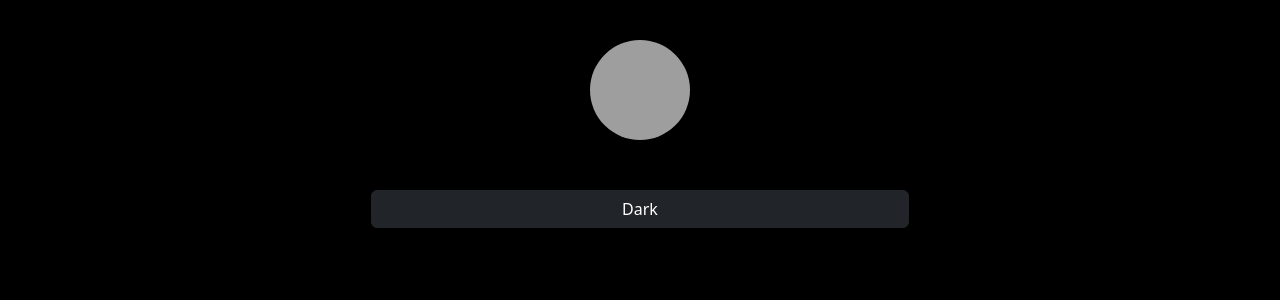
Repository: noahcallen/LAB-link-in-bio
Page: index.html
An editor plug-in stored every save of this project. The page is shown before and after the next save, followed by the edit.
The browser window is 1280 px wide. The pictures show the whole page.
Pictures or frames that could not be fetched are drawn as grey boxes.

Above is the page before, as saved 2024-07-13 13:02:06.

### index.html
<!DOCTYPE html>
<html lang="en">
<head>
  <meta charset="UTF-8">
  <meta name="viewport" content="width=device-width, initial-scale=1.0">
  <title>Link In Bio</title>
  <link href="https://cdn.jsdelivr.net/npm/bootstrap@5.3.3/dist/css/bootstrap.min.css" rel="stylesheet" integrity="sha384-QWTKZyjpPEjISv5WaRU9OFeRpok6YctnYmDr5pNlyT2bRjXh0JMhjY6hW+ALEwIH" crossorigin="anonymous">
  <link rel="stylesheet" href="main.css">
</head>
<body>
  <div class="container">
      <img src="https://avatars.githubusercontent.com/u/136144179?v=4" class="card-img-top" >
    <div class="row">
      <div class="col">
        <button type="button" class="btn btn-dark">Dark</button>
      </div>
    </div>
  </div>






  <script src="main.js"></script>
  <script src="https://cdn.jsdelivr.net/npm/bootstrap@5.3.3/dist/js/bootstrap.bundle.min.js" integrity="sha384-YvpcrYf0tY3lHB60NNkmXc5s9fDVZLESaAA55NDzOxhy9GkcIdslK1eN7N6jIeHz" crossorigin="anonymous"></script>

</body>
</html>

### main.css
body {
  background-color:black;
}

.container {
  display: flex;
  flex-direction: column;
  align-items: center;
  padding: 40px;
}
.card-img-top {
  border-radius: 50%;
  height: 100px;
  width: 100px;
}

.btn {
  display: flex;
  justify-content: center;
  margin: 50px;
  padding-left: 250px;
  padding-right: 250px;
}

Loaded but not shown: main.js (common file)

After the next save:
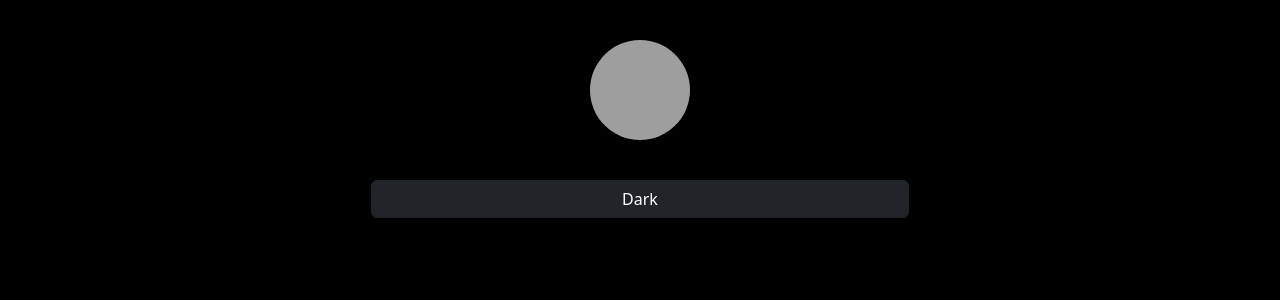
Saved 10 s later.
--- a/main.css
+++ b/main.css
@@ -17,7 +17,7 @@ body {
 .btn {
   display: flex;
   justify-content: center;
-  margin: 50px;
+  margin: 40px;
   padding-left: 250px;
   padding-right: 250px;
 }
